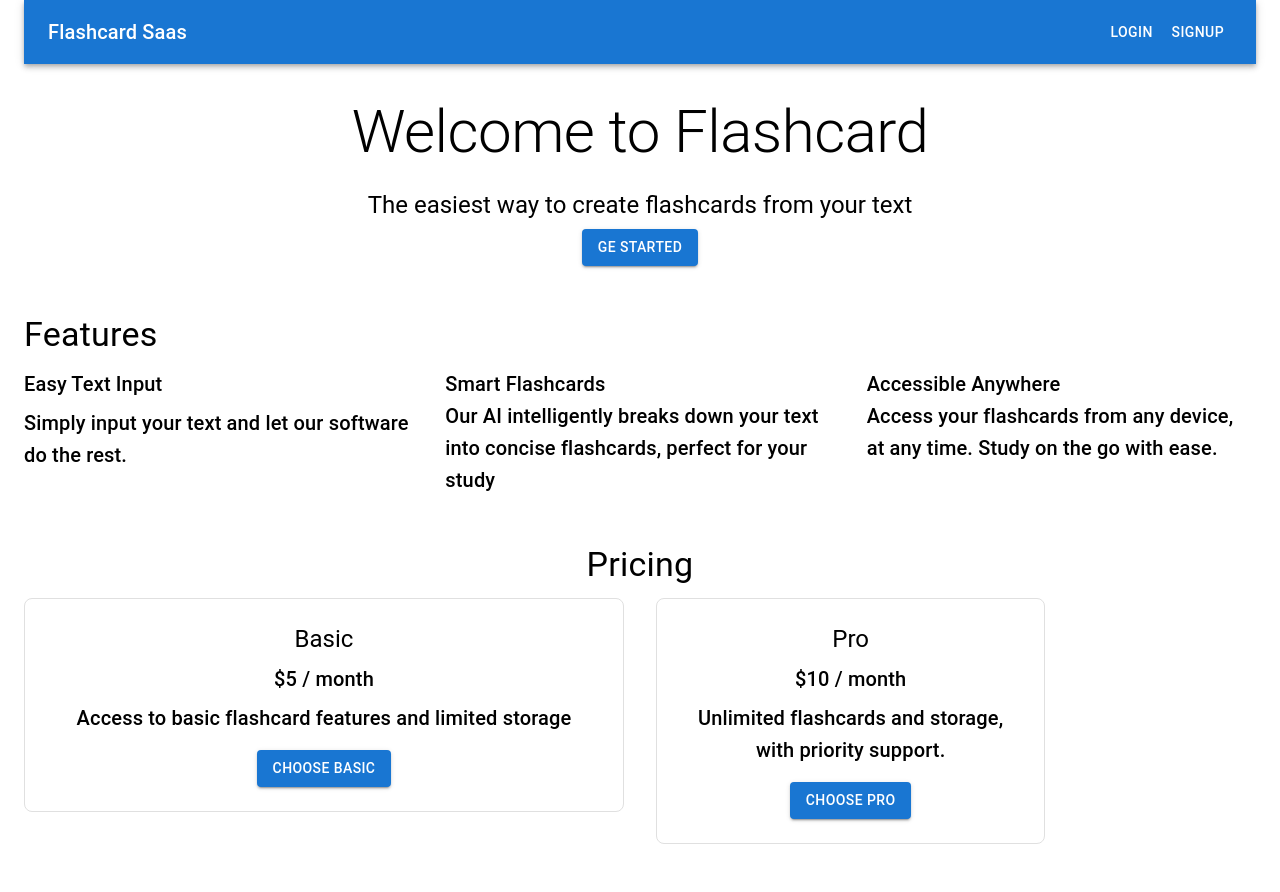
Repository: rakeshpuppala2590/AI-Flashcards-Stripe
Page: /
These files come from the project's save history. The page is drawn as it stood at one moment and after the next save; the edit follows.
The browser window is 1280 px wide. The pictures show the whole page.
The page's requests for data from a server got no answer. The project was rebuilt for these pictures with package versions that can differ from the ones it lists, and the page was loaded fresh each time. Some packages were replaced by stand-ins written for this rebuild. The framework's server and built-in components were replaced by stand-ins that run in the browser. No one was signed in, and anything a server would have sent is missing. Also part of the build but not shown: next.config.mjs.

Above is the page before, as saved 2024-08-12 15:28:18.

### src/app/page.js
import getStripe from "../../utils/get-stripe";
import { SignedIn, SignedOut, UserButton } from "@clerk/nextjs";
import Head from "next/head";
import {
  Grid,
  AppBar,
  Button,
  Container,
  Toolbar,
  Typography,
  Box,
} from "@mui/material";

export default function Home() {
  return (
    <Container maxWidth="100vW">
      <Head>
        <title>Flashcard Saas</title>
        <meta
          name="description"
          content="create flashcard from your text"
        ></meta>
      </Head>

      <AppBar position="static">
        <Toolbar>
          <Typography variant="h6" style={{ flexGrow: 1 }}>
            Flashcard Saas
          </Typography>
          <SignedOut>
            <Button color="inherit">Login</Button>
            <Button color="inherit">SignUp</Button>
          </SignedOut>
          <SignedIn>
            <Button>Logout</Button>
          </SignedIn>
        </Toolbar>
      </AppBar>

      <Box
        sx={{
          textAlign: "center",
          my: 4,
        }}
      >
        <Typography variant="h2" gutterBottom>
          Welcome to Flashcard
        </Typography>
        <Typography variant="h5" gutterBottom>
          {" "}
          The easiest way to create flashcards from your text
        </Typography>
        <Button variant="contained" color="primary">
          Ge Started
        </Button>
      </Box>
      <Box sx={{ my: 6 }}>
        <Typography variant="h4" gutterBottom>
          Features
        </Typography>
        <Grid container spacing={4}>
          <Grid item xs={12} md={4}>
            {" "}
            <Typography variant="h6" gutterBottom>
              Easy Text Input
            </Typography>
            <Typography variant="h6"> </Typography>
            <Typography variant="h6">
              Simply input your text and let our software do the rest.
            </Typography>
          </Grid>
          <Grid item xs={12} md={4}>
            {" "}
            <Typography variant="h6">Smart Flashcards</Typography>
            <Typography variant="h6"> </Typography>
            <Typography variant="h6">
              Our AI intelligently breaks down your text into concise
              flashcards, perfect for your study
            </Typography>
          </Grid>
          <Grid item xs={12} md={4}>
            {" "}
            <Typography variant="h6">Accessible Anywhere</Typography>
            <Typography variant="h6"> </Typography>
            <Typography variant="h6">
              Access your flashcards from any device, at any time. Study on the
              go with ease.
            </Typography>
          </Grid>
        </Grid>
      </Box>
      <Box sx={{ my: 6, textAlign: "center" }}>
        <Typography variant="h4" gutterBottom>
          Pricing
        </Typography>
        <Grid container spacing={4}>
          <Grid item xs={12} md={6}>
            <Box
              sx={{
                p: 3,
                border: "1px solid",
                borderColor: "grey.300",
                borderRadius: 2,
              }}
            >
              <Typography variant="h5" gutterBottom>
                Basic
              </Typography>
              <Typography variant="h6" gutterBottom>
                $5 / month{" "}
              </Typography>
              <Typography variant="h6">
                {" "}
                Access to basic flashcard features and limited storage
              </Typography>
              <Button variant="contained" color="primary" sx={{ mt: 2 }}>
                Choose Basic
              </Button>
            </Box>
          </Grid>

          <Grid item xs={12} md={4}>
            <Box
              sx={{
                p: 3,
                border: "1px solid",
                borderColor: "grey.300",
                borderRadius: 2,
              }}
            >
              <Typography variant="h5" gutterBottom>
                Pro
              </Typography>
              <Typography variant="h6" gutterBottom>
                $10 / month{" "}
              </Typography>
              <Typography variant="h6">
                {" "}
                Unlimited flashcards and storage, with priority support.
              </Typography>
              <Button variant="contained" color="primary" sx={{ mt: 2 }}>
                Choose Pro
              </Button>
            </Box>
          </Grid>
        </Grid>
      </Box>
    </Container>
  );
}

### utils/get-stripe.js
import { loadStripe } from "@stripe/stripe-js";
let stripePromise;
const getStripe = () => {
  if (!stripePromise) {
    stripePromise = loadStripe(process.env.NEXTJS_PUBLIC_STRIPE_PULIC_KEY);
  }
  return stripePromise;
};
export default getStripe;

Loaded but not shown: src/app/layout.js (common file); src/app/globals.css (common file); tailwind.config.js (common file)

After the next save:
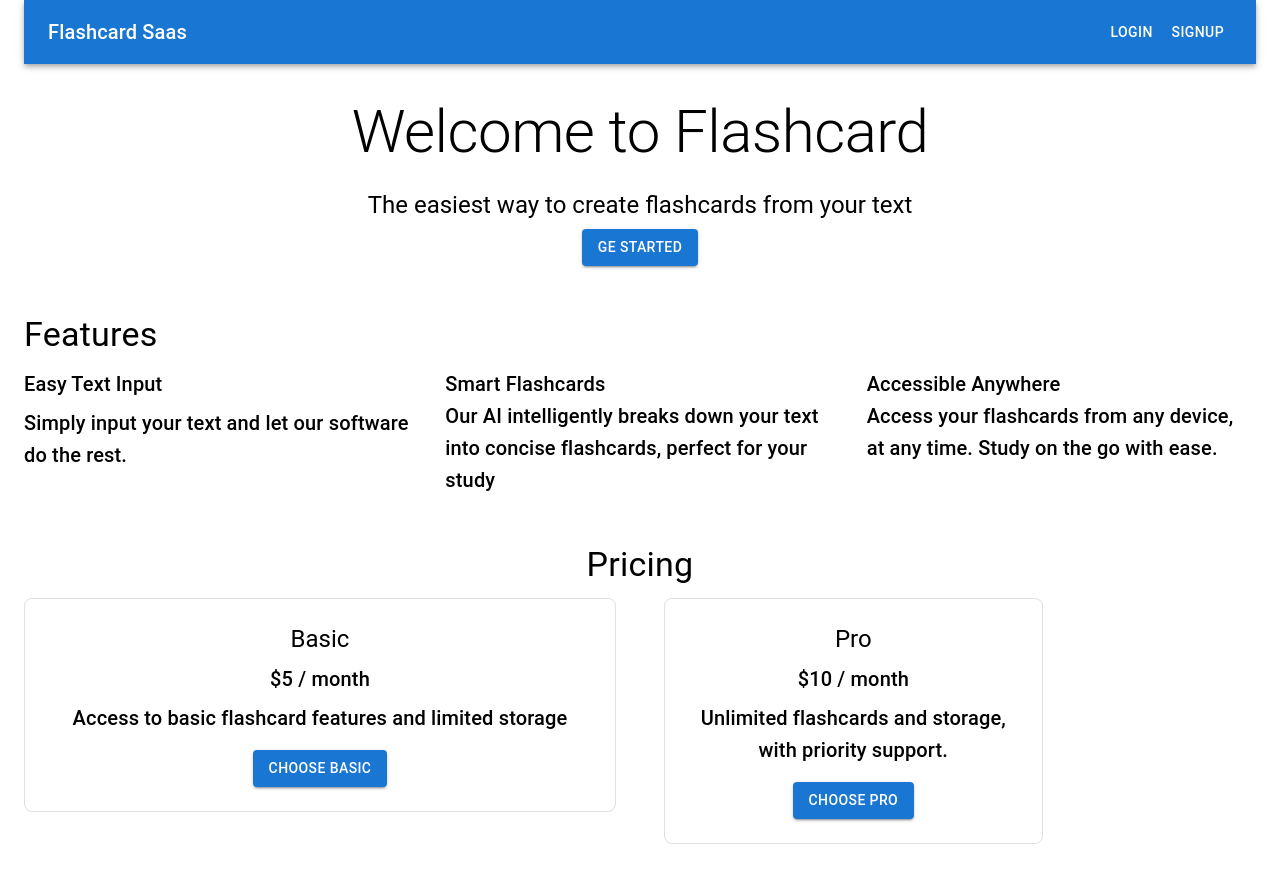
Saved 14 s later.
--- a/src/app/page.js
+++ b/src/app/page.js
@@ -93,7 +93,7 @@
         <Typography variant="h4" gutterBottom>
           Pricing
         </Typography>
-        <Grid container spacing={4}>
+        <Grid container spacing={6}>
           <Grid item xs={12} md={6}>
             <Box
               sx={{

After the save that followed:
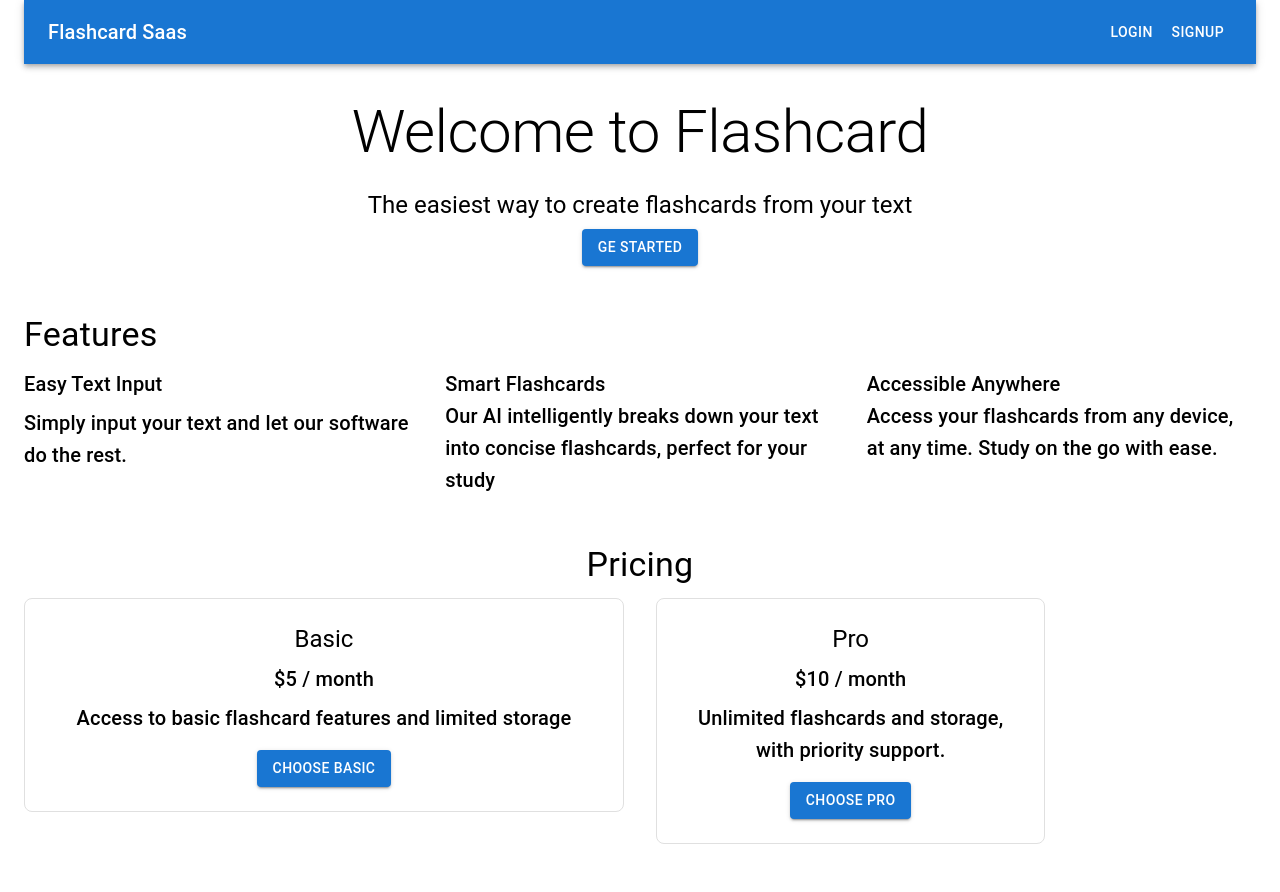
Saved 5 s later.
--- a/src/app/page.js
+++ b/src/app/page.js
@@ -93,7 +93,7 @@
         <Typography variant="h4" gutterBottom>
           Pricing
         </Typography>
-        <Grid container spacing={6}>
+        <Grid container spacing={4}>
           <Grid item xs={12} md={6}>
             <Box
               sx={{
